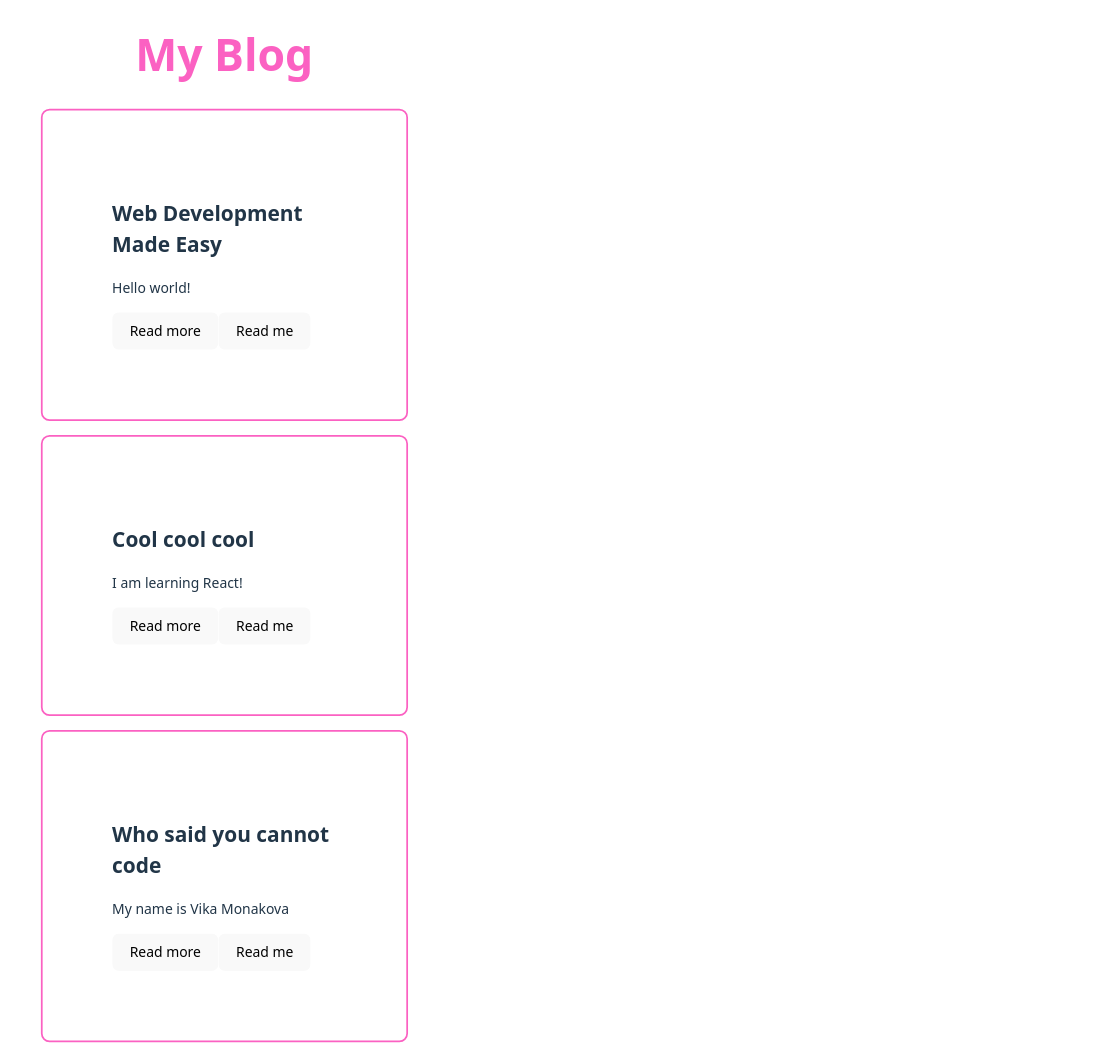
Repository: monavi77/front_web_dev_week1
Page: /
An editor plug-in stored every save of this project. The page is shown before and after the next save, followed by the edit.
The browser window is 1280 px wide. The pictures show the whole page, at 87% of full size.
The project was rebuilt for these pictures with package versions that can differ from the ones it lists, and the page was loaded fresh each time. Also part of the build but not shown: vite.config.js.

Above is the page before, as saved 2025-09-10 14:08:09.

### index.html
<!DOCTYPE html>
<html lang="en">
  <head>
    <meta charset="UTF-8" />
    <link rel="icon" type="image/svg+xml" href="/clay_logo.svg" />
    <meta name="viewport" content="width=device-width, initial-scale=1.0" />
    <title>monakovochka 🔫</title>
  </head>
  <body>
    <div id="root"></div>
    <script type="module" src="/src/main.jsx"></script>
  </body>
</html>

### src/index.css
:root {
  font-family: system-ui, Avenir, Helvetica, Arial, sans-serif;
  line-height: 1.5;
  font-weight: 400;

  color-scheme: light dark;
  color: rgba(255, 255, 255, 0.87);
  background-color: #242424;

  font-synthesis: none;
  text-rendering: optimizeLegibility;
  -webkit-font-smoothing: antialiased;
  -moz-osx-font-smoothing: grayscale;
}

a {
  font-weight: 500;
  color: #646cff;
  text-decoration: inherit;
}
a:hover {
  color: #535bf2;
}

body {
  margin: 0;
  display: flex;
  place-items: center;
  min-width: 320px;
  min-height: 100vh;
}

h1 {
  font-size: 3.2em;
  line-height: 1.1;
}

button {
  border-radius: 8px;
  border: 1px solid transparent;
  padding: 0.6em 1.2em;
  font-size: 1em;
  font-weight: 500;
  font-family: inherit;
  background-color: #1a1a1a;
  cursor: pointer;
  transition: border-color 0.25s;
}
button:hover {
  border-color: #646cff;
}
button:focus,
button:focus-visible {
  outline: 4px auto -webkit-focus-ring-color;
}

@media (prefers-color-scheme: light) {
  :root {
    color: #213547;
    background-color: #ffffff;
  }
  a:hover {
    color: #747bff;
  }
  button {
    background-color: #f9f9f9;
  }
}

h1 {
  font-size: 3.2em;
  color: #fb61c2;
  text-align: center;
}
.entry {
  border: 2px solid #fb61c2;
  border-radius: 10px;
  padding: 5em;
  margin: 1em auto;
  width: 50%;
  max-width: 600px;
}

### src/App.jsx
import BlogEntry from "./BlogEntry";

function App() {
  return (
    <div>
      <h1>My Blog </h1>
      <BlogEntry title="Web Development Made Easy" summary="Hello world!" />
      <BlogEntry title="Cool cool cool" summary="I am learning React!" />
      <BlogEntry
        title="Who said you cannot code"
        summary="My name is Vika Monakova"
      />
    </div>
  );
}

export default App;

### src/BlogEntry.jsx
function BlogEntry(props) {
  const buttonText = "Read me";
  return (
    <div className="entry">
      <h2>{props.title}</h2>
      <p>{props.summary}</p>
      <button>Read more</button>
      <button>{buttonText}</button>
    </div>
  );
}

export default BlogEntry;

Loaded but not shown: src/main.jsx (common file)

After the next save:
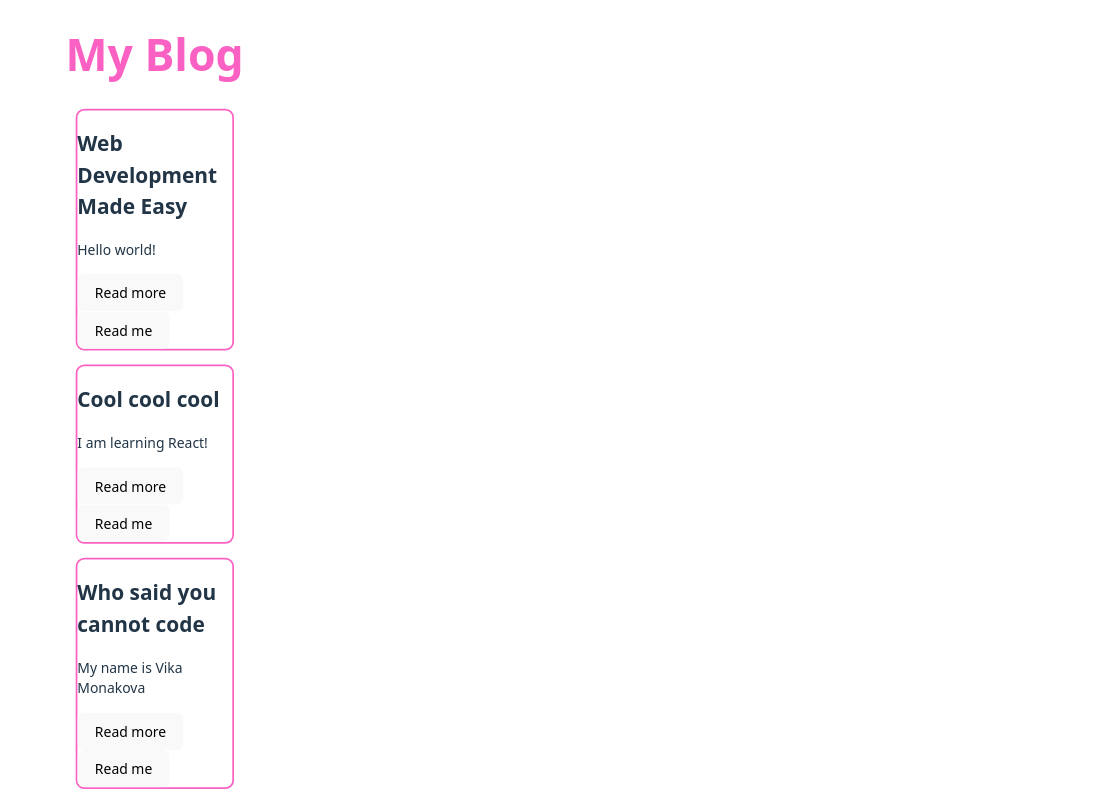
Saved 13 s later.
--- a/src/index.css
+++ b/src/index.css
@@ -75,7 +75,6 @@ h1 {
 .entry {
   border: 2px solid #fb61c2;
   border-radius: 10px;
-  padding: 5em;
   margin: 1em auto;
   width: 50%;
   max-width: 600px;
